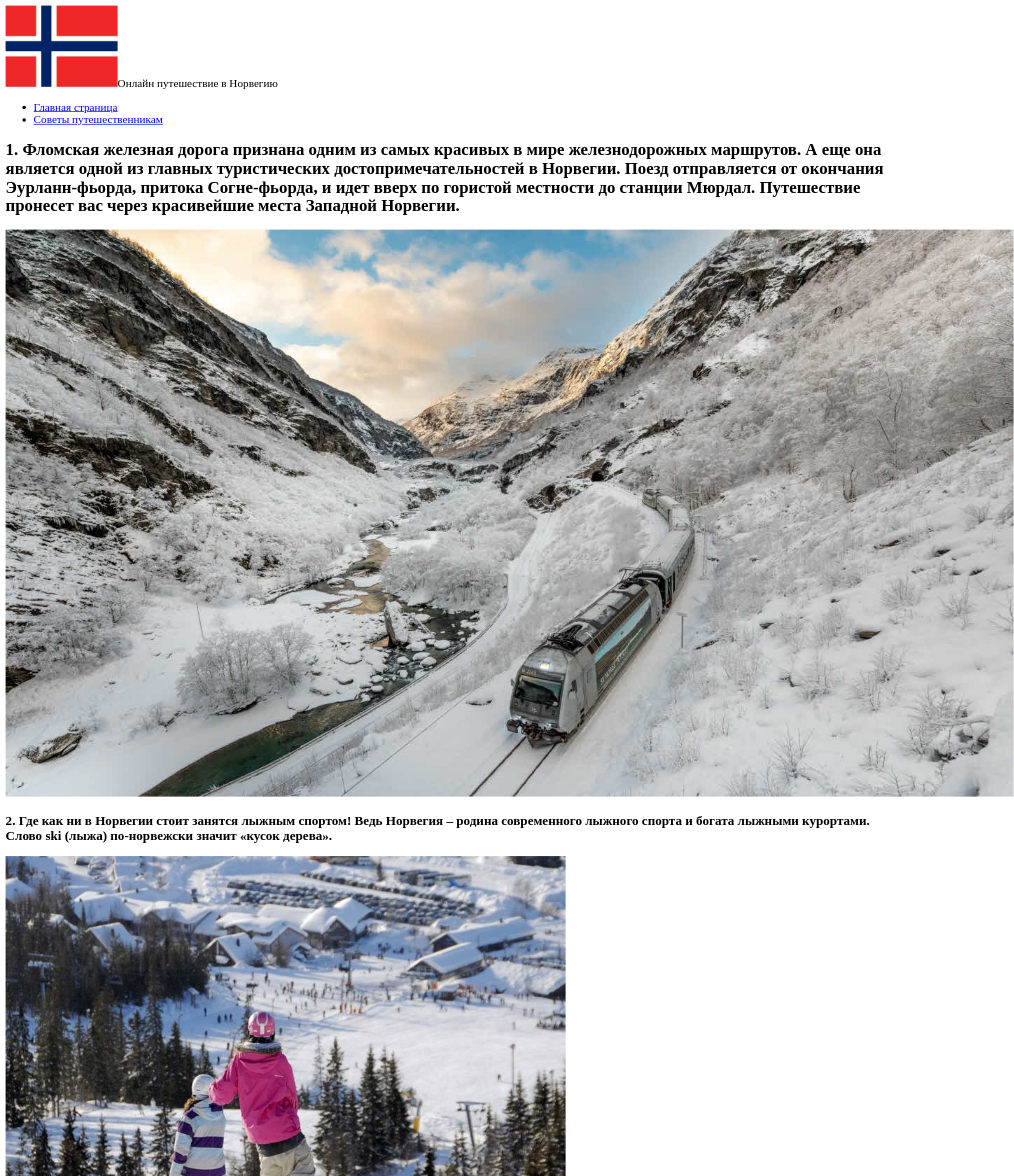
Repository: ryabinina-ekaterina/ryabinina-ekaterina.githab.io
Page: week11/week0.html
The author's editor kept a record of every edit. The page is drawn from the files as they stood at one moment, then again after the next edit.
The browser window is 1280 px wide. The page is 1448 px wide, so the pictures cover 1448 px, including what lies to the right of the window. The pictures show the part of the page from y = 0 to 1680 px (the page is 2761 px tall before and 2788 px after), at 70% of full size.

Above is the page before.

After the next edit:
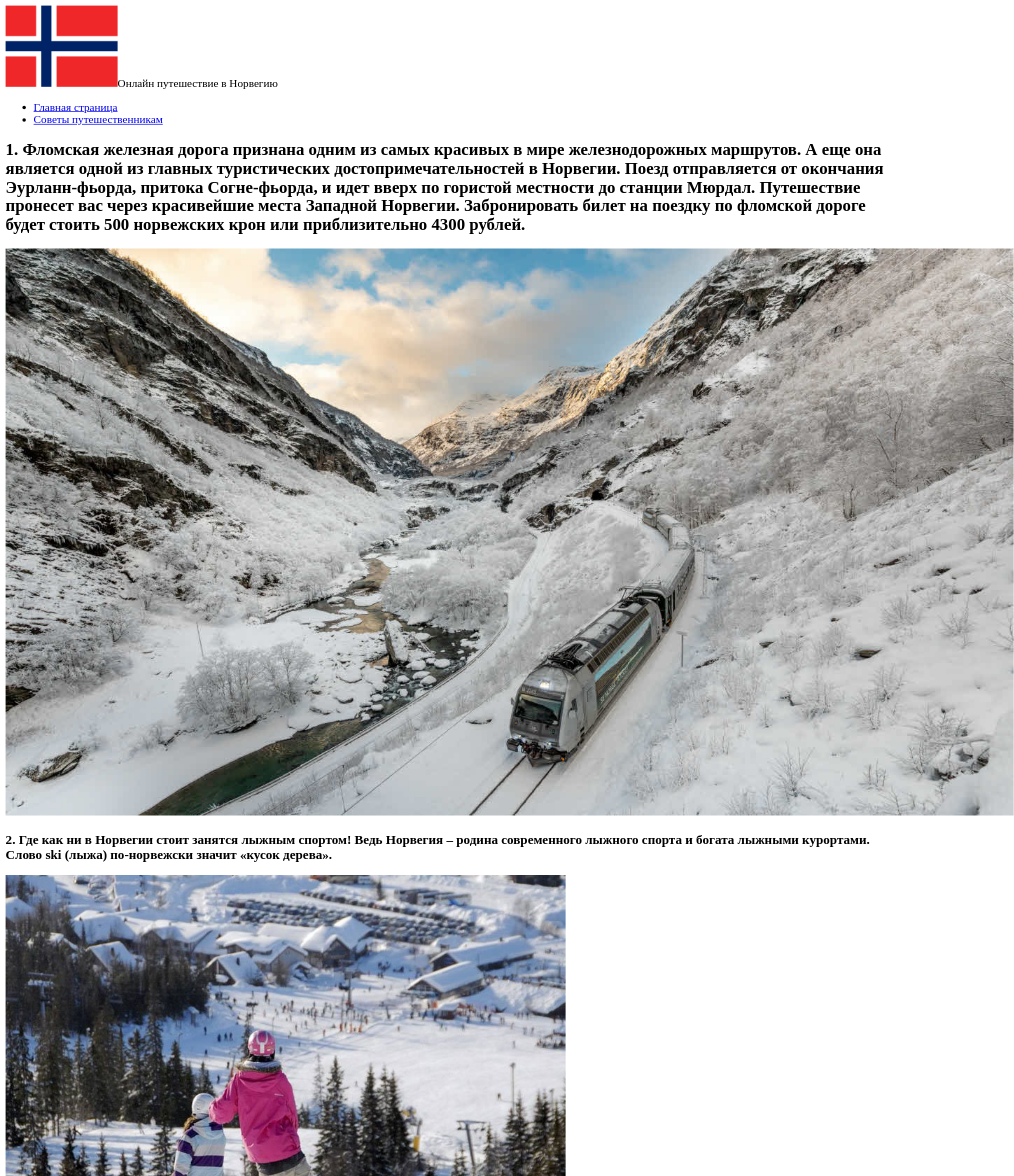
The edit:
--- a/week11/week0.html
+++ b/week11/week0.html
@@ -17,7 +17,7 @@
             </ul>
         </nav>
         <main>
-        <h2> 1. Фломская железная дорога признана одним из самых красивых в мире железнодорожных маршрутов. А еще она является одной из главных туристических достопримечательностей в Норвегии. Поезд отправляется от окончания Эурланн-фьорда, притока Согне-фьорда, и идет вверх по гористой местности до станции Мюрдал. Путешествие пронесет вас через красивейшие места Западной Норвегии.</h2>
+        <h2> 1. Фломская железная дорога признана одним из самых красивых в мире железнодорожных маршрутов. А еще она является одной из главных туристических достопримечательностей в Норвегии. Поезд отправляется от окончания Эурланн-фьорда, притока Согне-фьорда, и идет вверх по гористой местности до станции Мюрдал. Путешествие пронесет вас через красивейшие места Западной Норвегии. Забронировать билет на поездку по фломской дороге будет стоить 500 норвежских крон или приблизительно 4300 рублей.</h2>
         <img src="tild3330-3133-4733-b235-636430353662__16x9_flam_flamsbana_.jpg"
         </main>
         <div>
